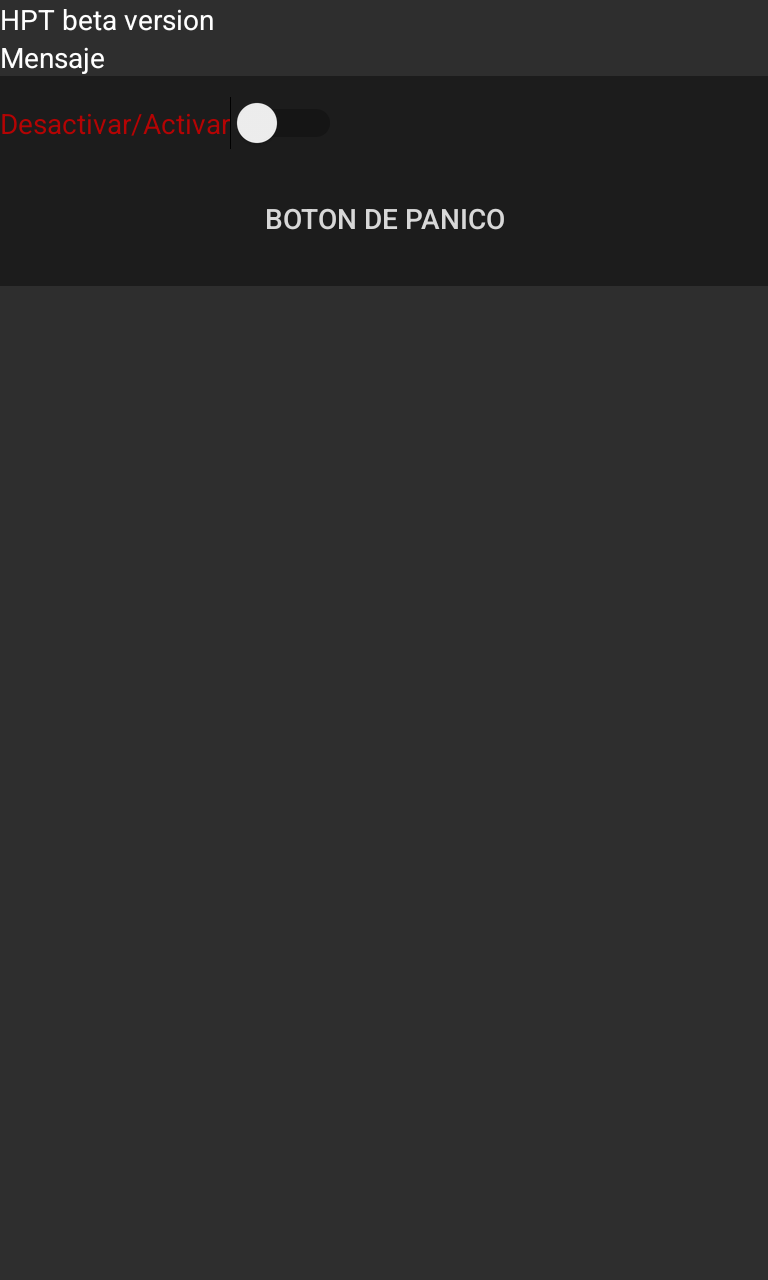
Repository: aludena18/android_apps
Layout: HunterPersonalTrack/res/layout/activity_main.xml
An editor plug-in stored every save of this project. The layout is shown before and after the next save, followed by the edit.
It is drawn on a 768 x 1280 px phone screen (xhdpi) without system bars, with theme AppTheme; the app's code is not run.

Above is the layout before, as saved 2015-10-16 19:56:06.

After the next save:
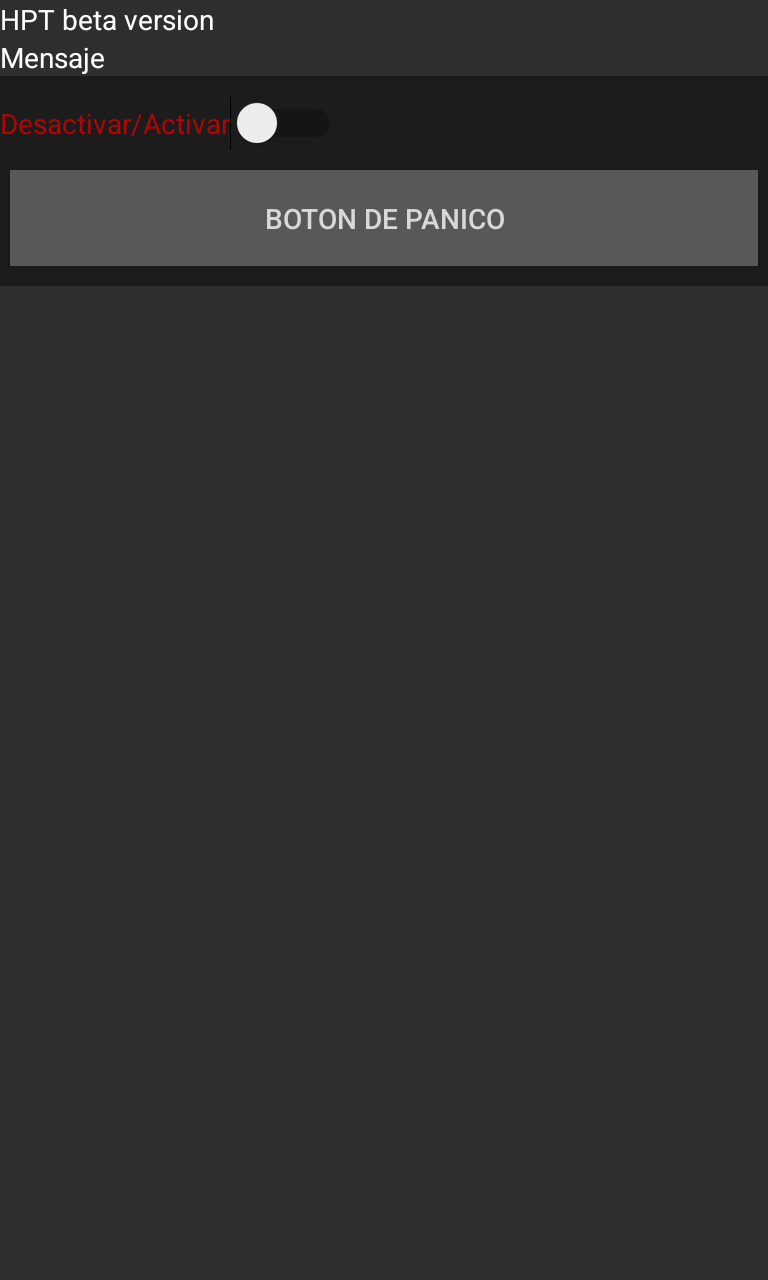
Saved 10 s later.
--- a/HunterPersonalTrack/res/layout/activity_main.xml
+++ b/HunterPersonalTrack/res/layout/activity_main.xml
@@ -41,7 +41,7 @@
         	android:layout_marginLeft="5dp"
         	android:layout_marginRight="5dp"
         	android:layout_marginBottom="10dp"
-        	android:background="585858"
+        	android:background="#585858"
         	android:textColor="#D8D8D8"
         	android:text="@string/etqBtnPanico"/>
 
